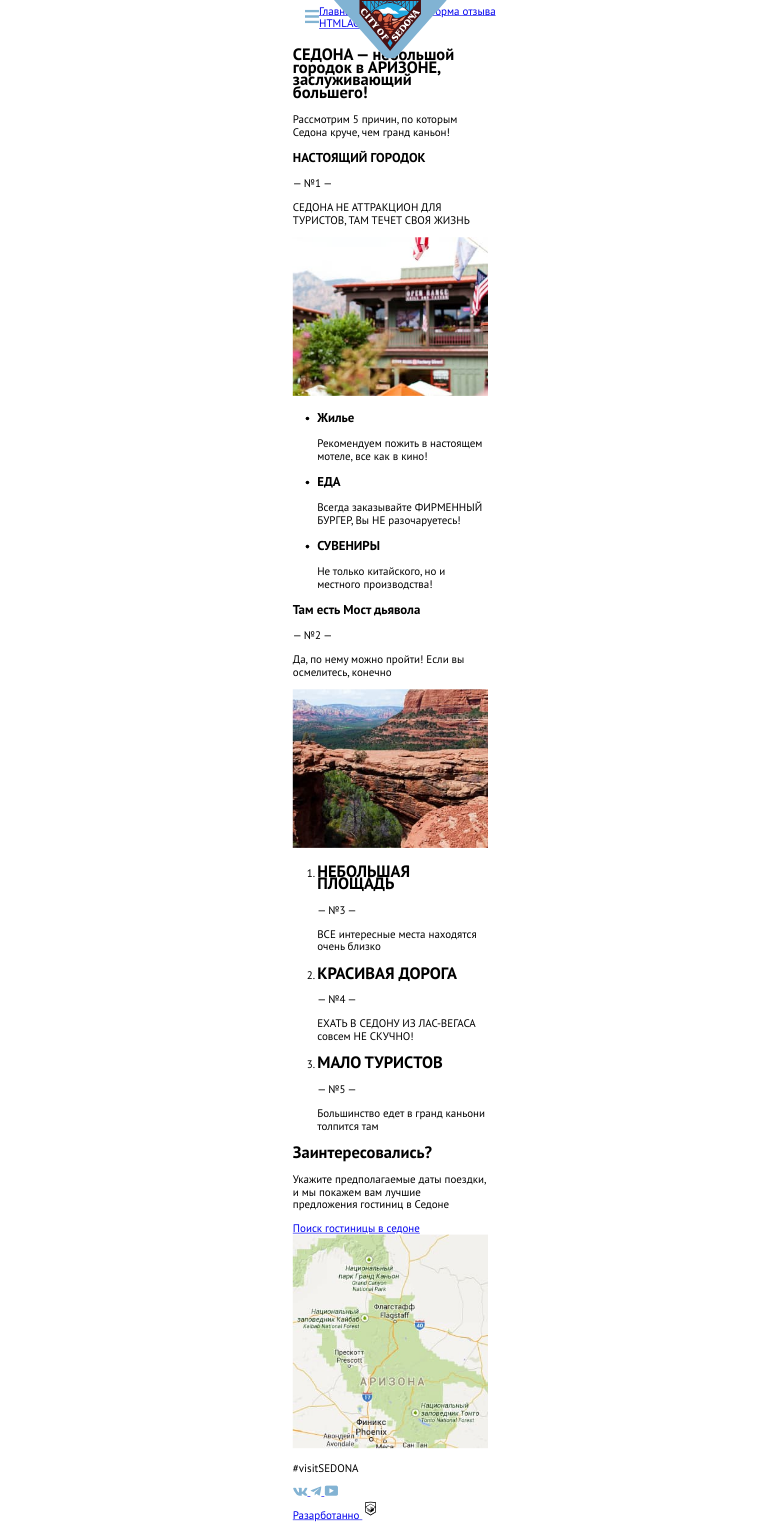
Repository: iKrekus/2149661-sedona-27
Page: source/index.html
These files come from the project's save history. The page is drawn as it stood at one moment and after the next save; the edit follows.
The browser window is 1280 px wide. The pictures show the whole page, at 61% of full size.
The style sheet was rebuilt from its Sass, Less or Tailwind sources for each picture, by a compiler version that may differ from the author's.

Above is the page before, as saved 2022-12-02 20:23:32.

After the next save:
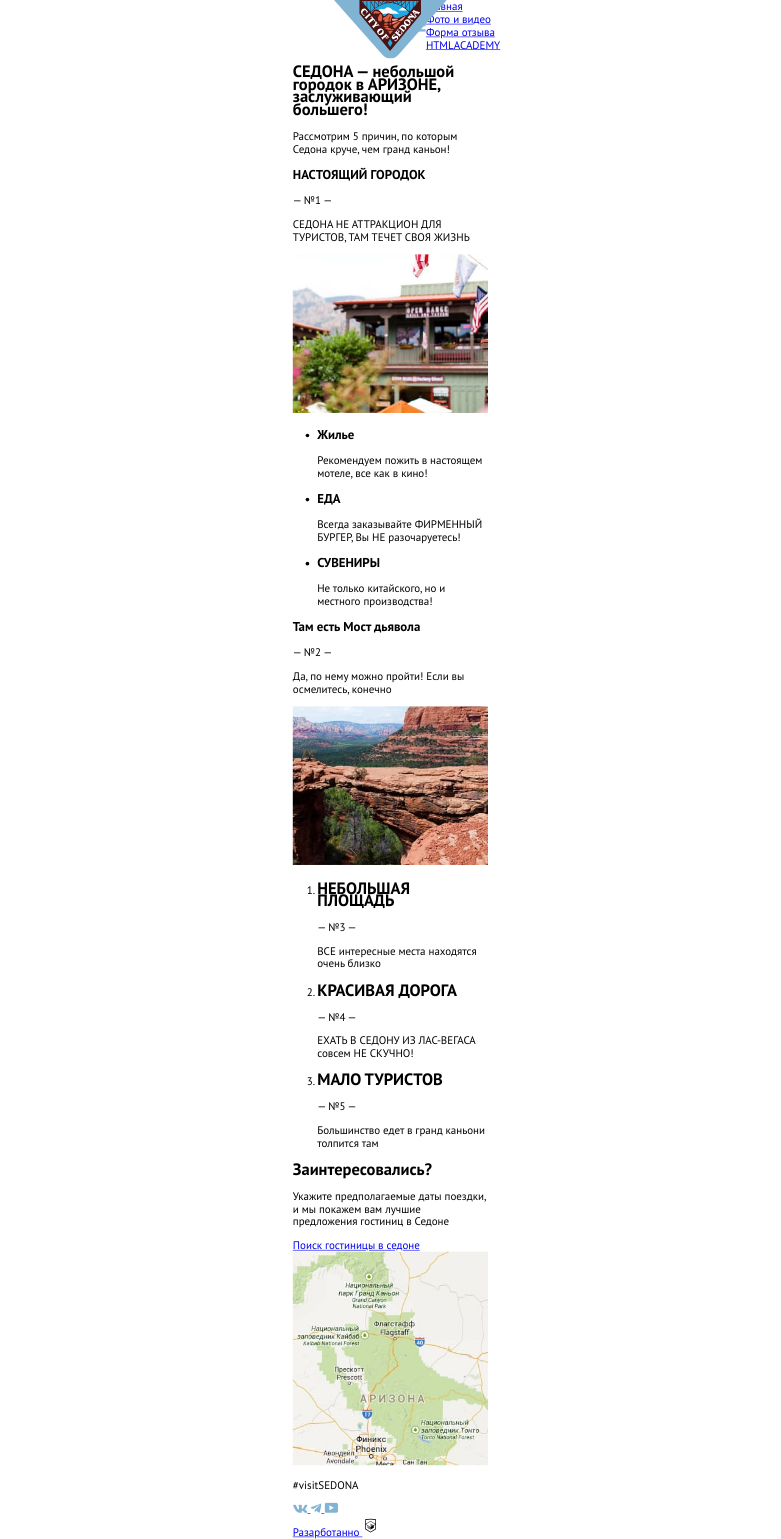
Saved 22 s later.
--- a/source/sass/blocks/header/main-nav.scss
+++ b/source/sass/blocks/header/main-nav.scss
@@ -8,7 +8,9 @@
 }
 
 .main-nav__wrapper {
-
+  display: flex;
+  flex-direction: column;
+  justify-content: center;
 }
 
 /* .main-nav__wrapper--hidden {
